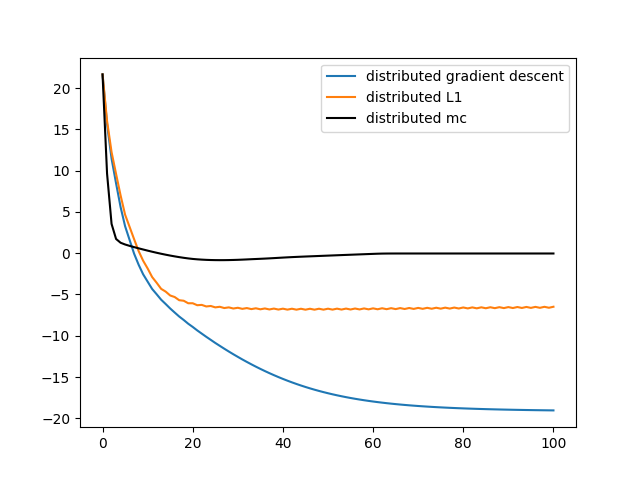
Repository: komuro-zero/distributed-optimization
Script's output: python main_weakly_sparse.py
These files come from the project's save history. The script's output is drawn as it stood at one moment and after the next save; the edit follows.
Random numbers start from a fixed seed.

Above is the script's output before, as saved 2019-09-27 09:40:43.

After the next save:
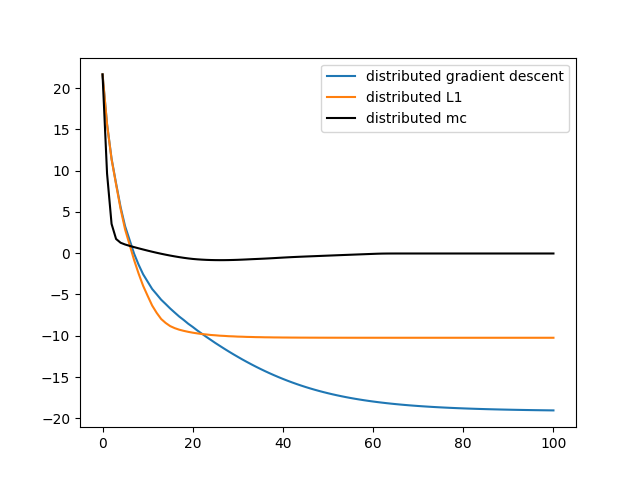
Saved 18 s later.
--- a/main_weakly_sparse.py
+++ b/main_weakly_sparse.py
@@ -54,7 +54,7 @@ class distributed_updates(functions):
         #self.distributed_L1_wj(U_all,d_all,w_star,L2,self.N,self.m,self.r_i,10**-4,0.24,self.iteration,c,w_all,wcl1)
         #self.distributed_mc_wj(U_all,d_all,w_star,L2,self.N,self.m,self.r_i,self.lamb,self.eta,self.rho,self.iteration,c,w_all,wcmc)
         self.distributed_gradient_descent(U_all,d_all,w_star,L2,self.N,self.m,self.r_i,0.17,self.iteration,c,w_all)
-        self.distributed_L1(U_all,d_all,w_star,L2,self.N,self.m,self.r_i,10**-2,0.18,self.iteration,c,w_all)
+        self.distributed_L1(U_all,d_all,w_star,L2,self.N,self.m,self.r_i,10**-2,0.17,self.iteration,c,w_all)
         self.distributed_mc(U_all,d_all,w_star,L2,self.N,self.m,self.r_i,self.lamb,self.eta,self.rho,self.iteration,c,w_all)
 
         #error = [cgd[-1],cl1,cmc[-1],dgd[-1],dl1[-1],dmc[-1]]
